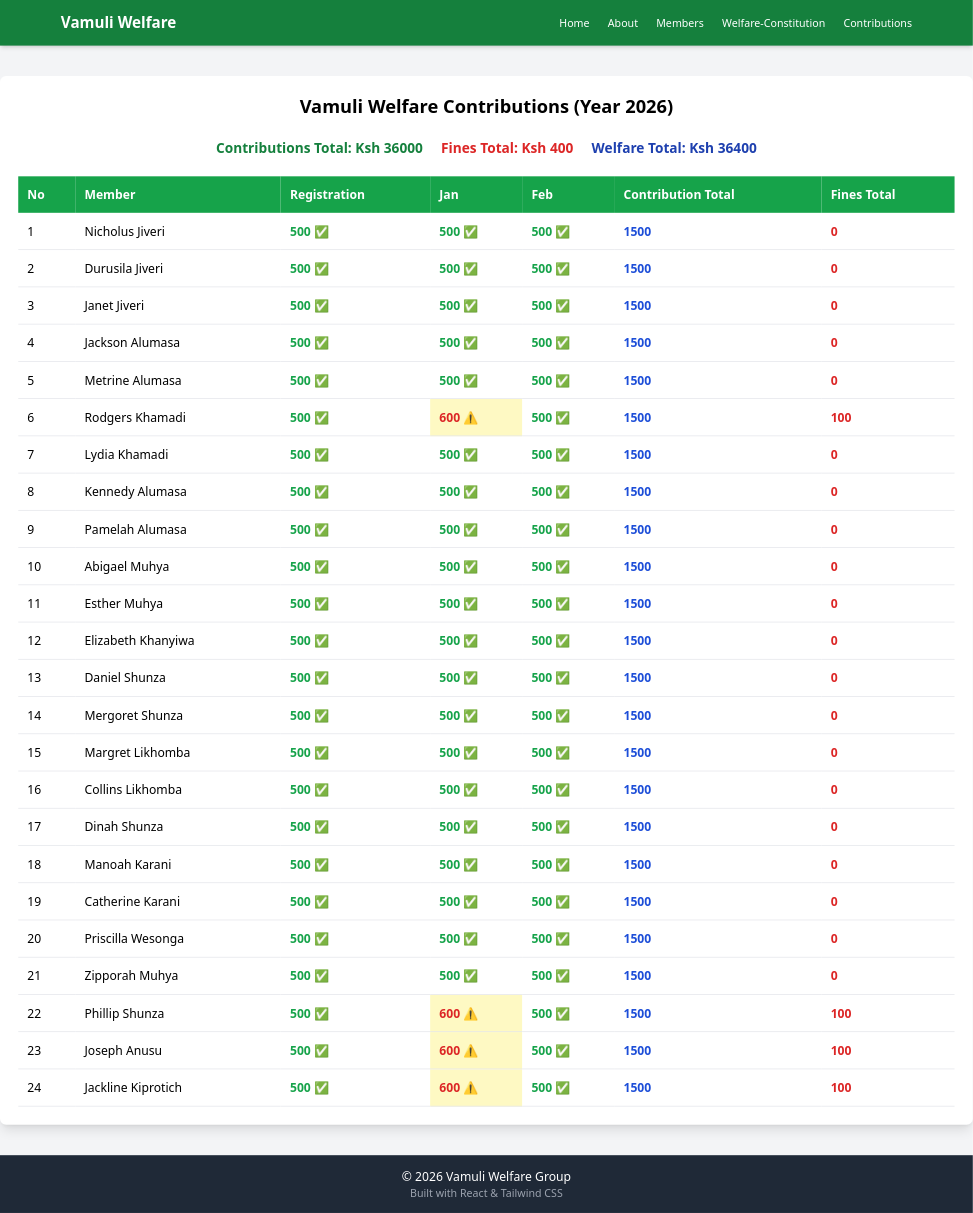
Repository: Engineer-collo/Vamuli-welfare
Page: /contributions
These files come from the project's save history. The page is drawn as it stood at one moment and after a run of saves; the edit follows.
The browser window is 1280 px wide. The pictures show the whole page, at 76% of full size.
The project was rebuilt for these pictures with package versions that can differ from the ones it lists, and the page was loaded fresh each time. Also part of the build but not shown: vite.config.js, src/pages/Home.jsx, src/pages/Members.jsx, src/pages/WelfareConstituion.jsx, src/pages/About.jsx.

Above is the page before, as saved 2026-03-16 14:59:56.

After the next 2 saves:
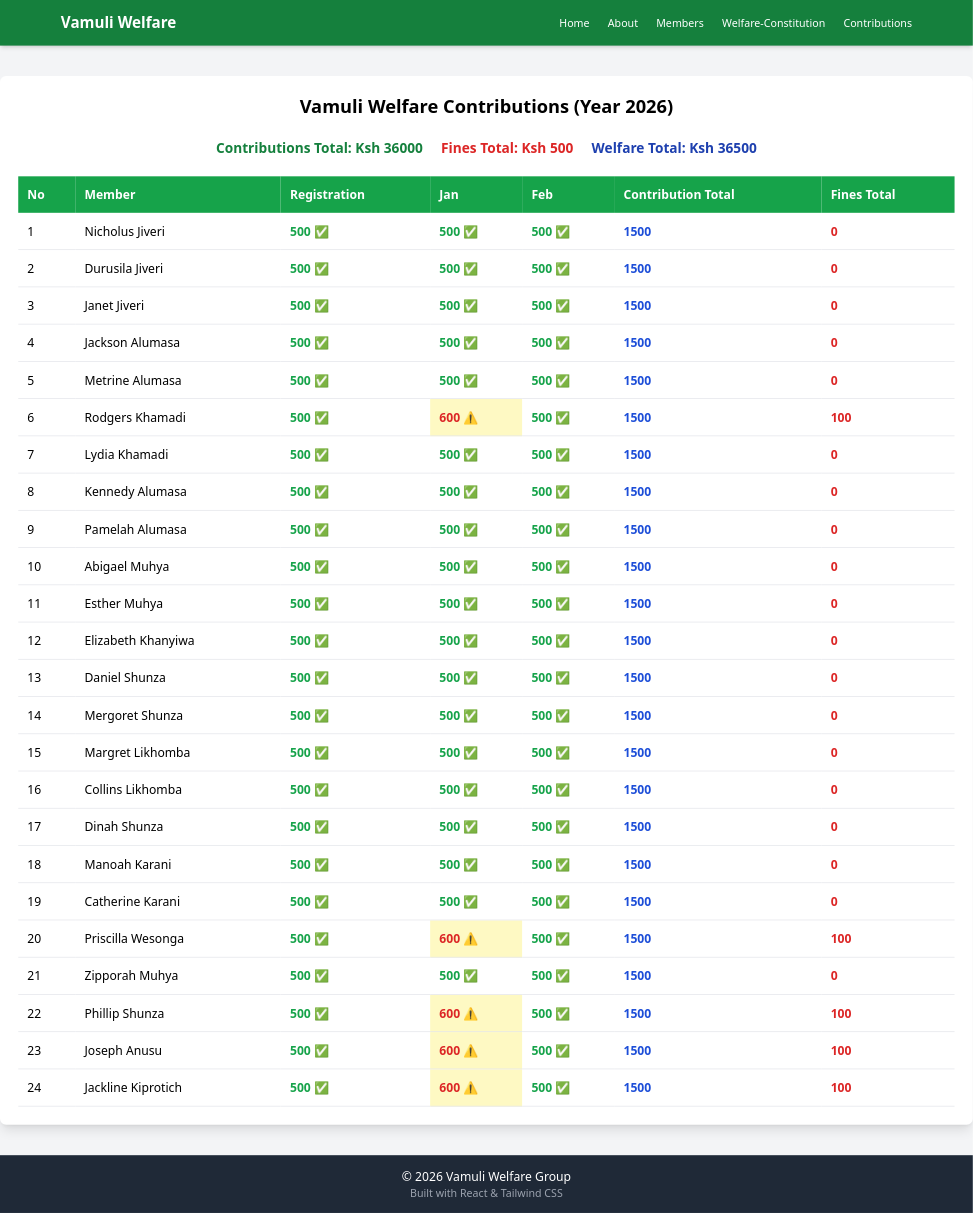
The 2 saves are shown as one change because they came seconds apart.
The last was saved 79 s later.
--- a/src/pages/contributionsData.js
+++ b/src/pages/contributionsData.js
@@ -18,7 +18,7 @@ const contributions = [
   { id: 17, name: "Dinah Shunza", role: "member", registration: 500, jan: 500, feb: 500, janPaidDate: 5, febPaidDate: 5 },
   { id: 18, name: "Manoah Karani", role: "member", registration: 500, jan: 500, feb: 500, janPaidDate: 5, febPaidDate: 5 },
   { id: 19, name: "Catherine Karani", role: "member", registration: 500, jan: 500, feb: 500, janPaidDate: 5, febPaidDate: 5 },
-  { id: 20, name: "Priscilla Wesonga", role: "member", registration: 500, jan: 500, feb: 500, janPaidDate: 5, febPaidDate: 5 },
+  { id: 20, name: "Priscilla Wesonga", role: "member", registration: 500, jan: 500, feb: 500, janPaidDate: 6, febPaidDate: 5 },
   { id: 21, name: "Zipporah Muhya", role: "member", registration: 500, jan: 500, feb: 500, janPaidDate: 5, febPaidDate: 5 },
   { id: 22, name: "Phillip Shunza", role: "member", registration: 500, jan: 500, feb: 500, janPaidDate: 6, febPaidDate: 5 }, // Jan fine
   { id: 23, name: "Joseph Anusu", role: "member", registration: 500, jan: 500, feb: 500, janPaidDate: 6, febPaidDate: 5 },  // Jan fine
